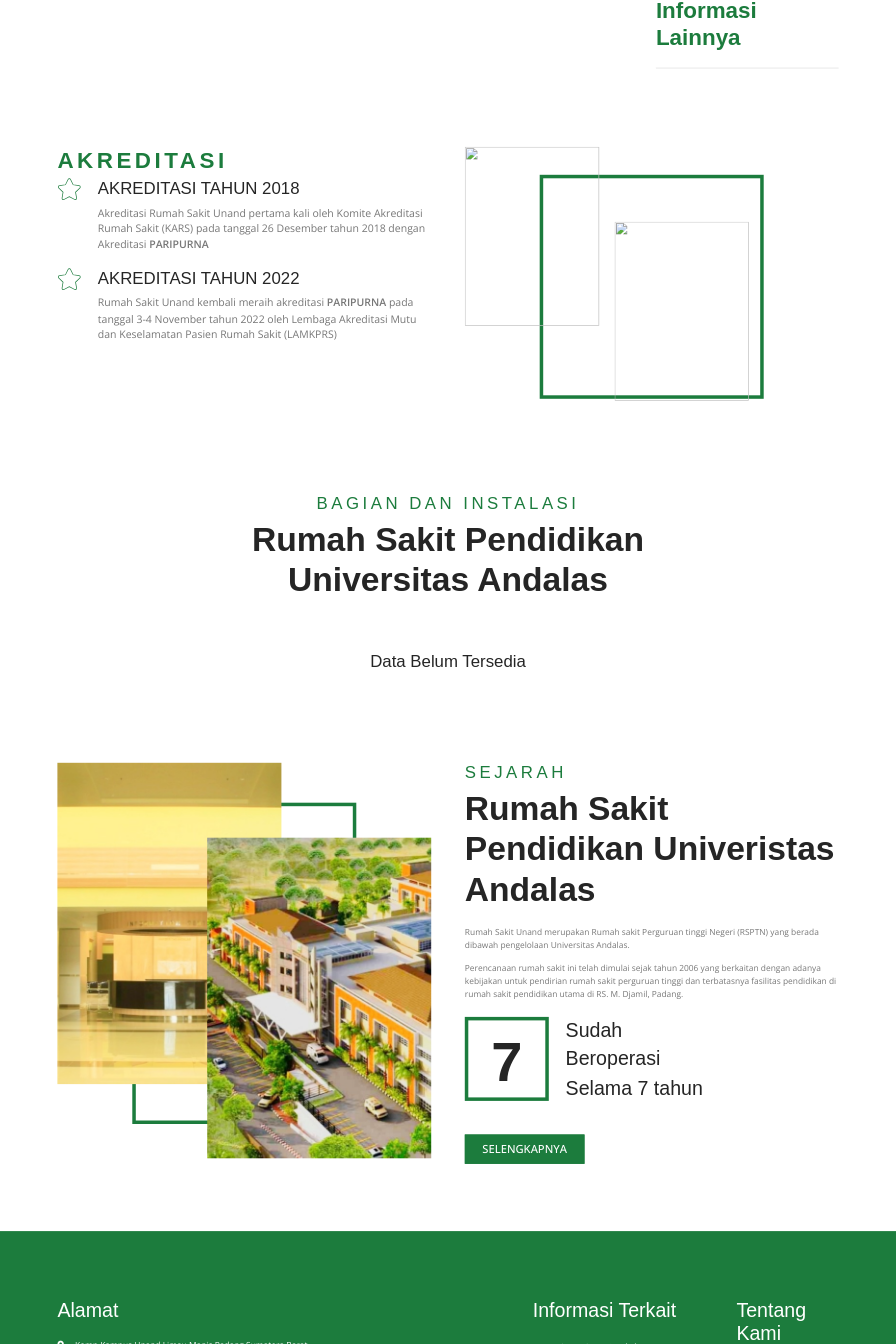
Repository: vivin-erialis/rsunand-site
Page: http://localhost/
The author's editor kept a copy of each file at every save. The page is drawn from the files as they stood at one save, then again after the next save.
The browser window is 1280 px wide. The pictures show the part of the page from y = 864 to 2784 px (the page is 3087 px tall before and 3163 px after), at 70% of full size.
Some web fonts or font styles are not loaded; a fallback is used. Some web libraries are served in a nearby version. The page is served by the project's Laravel application, run on PHP 8.4 with Laravel 12. Other server files are loaded and not shown. Queries for data that is not in the repository find no rows.

Above is the page before, as saved 2024-06-10 09:14:02.
Console error: TypeError: Cannot read properties of undefined (reading 'version')

### resources/views/Frontend/home.blade.php
@extends('Frontend.layouts.main')
@section('title', 'Website Resmi')
@section('content')
    <div class="container-fluid p-0 pb-5 wow fadeIn" data-wow-delay="0.1s">
        <div class="owl-carousel header-carousel position-relative">
            @foreach ($slider as $slider)
                <div class="owl-carousel-item position-relative"
                    data-dot="<img src='{{ asset('../images/slider/' . $slider->img) }}'>">
                    <img class="img-fluid" src="{{ asset('images/slider/' . $slider->img) }}" alt=""
                        style="height: 400px; object-fit: cover;">
                    <div class="owl-carousel-inner home-img">
                        <div class="container">
                            <div class="row justify-content-start">
                                <div class="col-12 col-lg-12 text-center">
                                    <h4 class="display-1 text-white animated slideInDown" style="font-size: vw !important">
                                        {{ $slider->title }}
                                    </h4>
                                    <p class="fs-7 fw-medium text-white mb-4 pb-3" style="font-size: 1vw !important">
                                        {{ $slider->desc }}
                                    </p>
                                    {{-- <a href="{{ $slider->link }}" class="py-3 px-5 btn-home fs-7 mt-3">SELENGKAPNYA</a> --}}
                                </div>
                            </div>
                        </div>
                    </div>
                </div>
            @endforeach

        </div>
    </div>

    <!-- Service Start -->
    <div class="container-xxl py-5">
        <div class="container">
            <div class="text-center mx-auto mb-5 wow fadeInUp" data-wow-delay="0.1s" style="max-width: 600px;">
                <h4 class="section-title">LAYANAN UNGGULAN</h4>
                <h1 class="display-5 mb-4">Rumah Sakit Pendidikan Universitas Andalas</h1>
            </div>
            @if ($layanan->isEmpty())
                <h4 class="mt-5 text-center">Belum Ada Data</h4>
            @endif
            <div class="row g-4">
                @foreach ($layanan as $item)
                    <div class="col-lg-4 col-md-6 wow fadeInUp" data-wow-delay="0.5s">
                        <div class="service-item d-flex position-relative text-center h-100" style="border-radius:10px">
                            @if ($item->gambar)
                                @php
                                    $gambarArray = json_decode($item->gambar);
                                    if ($gambarArray) {
                                        $gambarPertama = reset($gambarArray);
                                    }
                                @endphp

                                @if (!empty($gambarPertama))
                                    <a href="/layanan/{{ $item->url }}">
                                        <img class="bg-img" src="{{ asset('/../images/layanan/' . $gambarPertama) }}">
                                    </a>
                                @endif
                            @endif
                            <div class="service-text p-5">
                                <i class="fa fa-hospital flex-shrink-0 mb-4" style="color: white; font-size: 40px"></i>
                                <h2 class="mb-3" style="color: white">{{ $item->nama_layanan }}</h2>
                                <p class="mb-4" style="font-size: 14px">{{ Str::limit($item->desc, 80, '...') }}.</p>
                                <a class="btn" href="/layanan/{{ $item->url }}"><i
                                        class="fa fa-plus text-primary me-3"></i>Read
                                    More</a>
                            </div>
                        </div>
                    </div>
                @endforeach
            </div>
        </div>
    </div>
    <!-- Service End -->

    {{-- Berita --}}
    <div class="container-xxl py-5">
        <div class="container">
            <div class="text-center mx-auto mb-5 wow fadeInUp" data-wow-delay="0.1s" style="max-width: 600px;">
                <h4 class="section-title">Berita</h4>
                <h1 class="display-5 mb-4">Rumah Sakit Pendidikan Universitas Andalas</h1>
            </div>
            @if ($artikel->isEmpty())
                <h4 class="mt-5 text-center">Belum Ada Artikel</h4>
            @endif
            <div class="row">
                <div class="col-lg-9">
                    <div class="container-berita-home">
                        @foreach ($artikel as $item)
                            <div class="card mb-4">
                                @if ($item->gambar)
                                    @php
                                        $gambarArray = json_decode($item->gambar);
                                        if ($gambarArray) {
                                            $gambarPertama = reset($gambarArray);
                                        }
                                    @endphp

                                    @if (!empty($gambarPertama))
                                        <img loading="lazy" class="card-img-top"
                                            src="{{ asset('/../images/artikel/' . $gambarPertama) }}"
                                            alt="{{ $item->title }}">
                                    @endif
                                @endif
                                <div class="card-body">
                                    <div class="me-2 mb-3" style="color: #1C7C3D">
                                        <span style="font-size: 12px" class="post-author">
                                            {{ $item->kategori->title }} |
                                        </span>
                                        <span style="font-size: 12px" class="post-meta-date">
                                            <i
                                                class="far fa-calendar me-2"></i>{{ Carbon\Carbon::parse($item->created_at)->isoFormat('D MMMM, Y') }}
                                        </span>
                                    </div>
                                    <a href="/berita/{{ $item->url }}">
                                        <h2 class="card-title">{{ $item->title }}</h2>
                                    </a>
                                    <p class="card-text">{{ Str::limit(strip_tags($item->desc), 100, '...') }}</p>
                                    <a href="/berita/{{ $item->url }}" class="card-button">SELENGKAPNYA</a>
                                </div>
                            </div>
                        @endforeach
                    </div>
                </div>
                <div class="col-lg-3">
                    <div>
                        <h2 class="mb-2" style="color: #1C7C3D;">Berita Terbaru</h2>
                        <hr>
                        @foreach ($recentPosts as $new)
                            <div class="row news-block news-block-two-col d-flex mt-4">
                                <div class="col-5 news-block-two-col-image-wrap">
                                    <a href="/blog/{{ $new->url }}">
                                        @if ($item->gambar)
                                            @php
                                                $gambarArray = json_decode($new->gambar);
                                                if ($gambarArray) {
                                                    $gambarPertama = reset($gambarArray);
                                                }
                                            @endphp

                                            @if (!empty($gambarPertama))
                                                <img loading="lazy" class="card-img-top"
                                                    src="{{ asset('/../images/artikel/' . $gambarPertama) }}"
                                                    alt="{{ $new->title }}">
                                            @endif
                                        @endif
                                    </a>
                                </div>

                                <div class="col-7 news-block-two-col-info">
                                    <div class="news-block-date">
                                        <p style="color: #1C7C3D">
                                            <i class="bi-calendar4 custom-icon me-1"></i>
                                            {{ Carbon\carbon::parse($new->tanggal_berita)->isoFormat('D MMMM, Y') }}
                                        </p>
                                    </div>
                                    <div class="news-block-title mb-2">
                                        <a href="/berita/{{ $new->url }}">
                                            <h2 class="card-title">{{ $new->title }}</h2>
                                        </a>
                                    </div>
                                    <div>
                                        <p class="card-text">{{ Str::limit(strip_tags($new->desc), 100, '...') }}</p>
                                    </div>

                                </div>
                            </div>
                        @endforeach
                    </div>

                    <br>
                    <div>
                        <h2 class="mb-4" style="color: #1C7C3D">Informasi Lainnya</h2>
                        <hr>
                        {{-- @foreach ($recentPosts as $new)
                            <div class="row news-block news-block-two-col d-flex mt-4">
                                <div class="col-5 news-block-two-col-image-wrap">
                                    <a href="/blog/{{ $new->url }}">
                                        @if ($item->gambar)
                                            @php
                                                $gambarArray = json_decode($item->gambar);
                                                if ($gambarArray) {
                                                    $gambarPertama = reset($gambarArray);
                                                }
                                            @endphp

                                            @if (!empty($gambarPertama))
                                                <img loading="lazy" class="card-img-top"
                                                    src="{{ asset('/../images/artikel/' . $gambarPertama) }}"
                                                    alt="{{ $item->title }}">
                                            @endif
                                        @endif
                                    </a>
                                </div>

                                <div class="col-7 news-block-two-col-info">
                                    <div class="news-block-date">
                                        <p>
                                            <i class="bi-calendar4 custom-icon me-1"></i>
                                            {{ Carbon\carbon::parse($new->tanggal_berita)->isoFormat('D MMMM, Y') }}
                                        </p>
                                    </div>
                                    <div class="news-block-title mb-2">
                                        <h6 style="font-size: 16px;"><a href="/berita/{{ $new->url }}"
                                                class="news-block-title-link">{{ $new->title }}</a>
                                        </h6>
                                    </div>
                                    <div>
                                        <p class="card-text">{{ Str::limit(strip_tags($item->desc), 100, '...') }}</p>
                                    </div>

                                </div>
                            </div>
                        @endforeach --}}
                    </div>
                </div>
            </div>
        </div>
    </div>


    <!-- Feature Start -->
    <div class="container-xxl py-5">
        <div class="container">
            <div class="row g-5">
                <div class="col-lg-6 wow fadeInUp" data-wow-delay="0.1s">
                    <h2 class="section-title">AKREDITASI</h2>
                    {{-- <h1 class="display-5 mb-4">Why You Should Trust Us? Learn More About Us!</h1> --}}
                    {{-- <p class="mb-4">Tempor erat elitr rebum at clita. Diam dolor diam ipsum sit. Aliqu diam amet diam et eos. Clita erat ipsum et lorem et sit, sed stet lorem sit clita duo justo magna dolore erat amet</p> --}}
                    <div class="row g-4">
                        <div class="col-12">
                            <div class="d-flex align-items-start">
                                <i class="fa fa-star flex-shrink-0 mb-4"
                                    style="color: #1C7C3D; font-size: 30px; background: none; -webkit-text-stroke: 1px #1C7C3D; color: transparent;"></i>
                                </i>
                                <div class="ms-4">
                                    <h4>AKREDITASI TAHUN 2018</h4>
                                    <p class="mb-0" style="font-size: 15px">Akreditasi Rumah Sakit Unand pertama kali
                                        oleh Komite Akreditasi
                                        Rumah Sakit (KARS) pada tanggal 26 Desember tahun 2018 dengan Akreditasi
                                        <strong>PARIPURNA</strong>
                                    </p>
                                </div>
                            </div>
                        </div>
                        <div class="col-12">
                            <div class="d-flex align-items-start">
                                <i class="fa fa-star flex-shrink-0 mb-4"
                                    style="color: #1C7C3D; font-size: 30px; background: none; -webkit-text-stroke: 1px #1C7C3D; color: transparent;"></i>
                                </i>
                                <div class="ms-4">
                                    <h4>AKREDITASI TAHUN 2022</h4>
                                    <p class="mb-0" style="font-size: 15px">Rumah Sakit Unand kembali meraih akreditasi
                                        <strong>PARIPURNA</strong> pada tanggal 3-4 November tahun 2022 oleh Lembaga
                                        Akreditasi Mutu dan Keselamatan Pasien Rumah Sakit (LAMKPRS)
                                    </p>
                                </div>
                            </div>
                        </div>
                    </div>
                </div>
                <div class="col-lg-6 wow fadeInUp" data-wow-delay="0.5s">
                    <div class="feature-img">
                        <img class="img-fluid" src="img/about-2.jpg" alt="">
                        <img class="img-fluid" src="img/about-1.jpg" alt="">
                    </div>
                </div>
            </div>
        </div>
    </div>
    <!-- Feature End -->

    {{-- Bagian dan Instalasi --}}
    <div class="container-xxl py-5">
        <div class="container">
            <div class="text-center mx-auto mb-5 wow fadeInUp" data-wow-delay="0.1s" style="max-width: 600px;">
                <h4 class="section-title">Bagian dan Instalasi</h4>
                <h1 class="display-5 mb-4">Rumah Sakit Pendidikan Universitas Andalas</h1>
            </div>
            <div class="row g-4" style="padding:2vw 4vw">
                @forelse ($bagianInstalasi as $item)
                    <div class="col-lg-4 col-md-4 wow fadeInUp" data-wow-delay="0.1s">
                        <div class="service-item d-flex position-relative text-center h-100">
                            @if ($item->gambar)
                                @php
                                    $gambarArray = json_decode($item->gambar);
                                    if ($gambarArray) {
                                        $gambarPertama = reset($gambarArray);
                                    }
                                @endphp

                                @if (!empty($gambarPertama))
                                    <img loading="lazy" class="bg-img"
                                        src="{{ asset('/../images/artikel/' . $gambarPertama) }}">
                                @endif
                            @endif
                            <div class="service-text p-3 card-dokter" style="width: 100%">
                                @if ($item->gambar)
                                    @php
                                        $gambarArray = json_decode($item->gambar);
                                        if ($gambarArray) {
                                            $gambarPertama = reset($gambarArray);
                                        }
                                    @endphp

                                    @if (!empty($gambarPertama))
                                        <img loading="lazy" class="card-img"
                                            src="{{ asset('/../images/artikel/' . $gambarPertama) }}">
                                    @endif
                                @endif
                                <h6 class="mb-2 mt-3">{{ $item->title }}</h6>
                                <p class="mb-2">{!! $item->desc !!}</p>
                                <a style="font-size: 11px !important" class="btn"
                                    href="/bagian-instalasi/{{ $item->url }}"><i
                                        class="fa fa-plus text-primary me-4"></i>
                                    SELENGKAPNYA</a>
                            </div>
                        </div>
                    </div>
                @empty
                    <h4 class="text-center">Data Belum Tersedia</h4>
                @endforelse
            </div>
            <div style="text-align: center;">
                @if (!$bagianInstalasi->isEmpty())
                    <a class="btn btn-primary mt-4 py-2 px-4" href="/bagian-instalasi">LIHAT LEBIH BANYAK</a>
                @endif
            </div>

        </div>
    </div>

    {{-- About --}}
    <div class="container-xxl py-5">
        <div class="container">
            <div class="row g-5">
                <div class="col-lg-6 wow fadeIn" data-wow-delay="0.1s">
                    <div class="about-img">
                        <img class="img-fluid" src="/../assets/img/about-2.jpeg" alt="">
                        <img class="img-fluid" src="/../assets/img/about-1.jpeg" alt="">
                    </div>
                </div>
                <div class="col-lg-6 wow fadeIn" data-wow-delay="0.5s">
                    <h4 class="section-title">Sejarah</h4>
                    <h1 class="display-5 mb-4">Rumah Sakit Pendidikan Univeristas Andalas</h1>
                    <p>Rumah Sakit Unand merupakan Rumah sakit Perguruan tinggi Negeri (RSPTN) yang berada dibawah
                        pengelolaan Universitas Andalas.</p>
                    <p class="mb-4">Perencanaan rumah sakit ini telah dimulai sejak tahun 2006 yang berkaitan dengan
                        adanya kebijakan untuk pendirian rumah sakit perguruan tinggi dan terbatasnya fasilitas pendidikan
                        di rumah sakit pendidikan utama di RS. M. Djamil, Padang.</p>
                    <div class="d-flex align-items-center mb-5">
                        <div class="d-flex flex-shrink-0 align-items-center justify-content-center border border-5 border-primary"
                            style="width: 120px; height: 120px;">
                            <h1 class="display-1 mb-n2" data-toggle="counter-up">7</h1>
                        </div>
                        <div class="ps-4">
                            <h3>Sudah</h3>
                            <h3>Beroperasi</h3>
                            <h3 class="mb-0">Selama 7 tahun</h3>
                        </div>
                    </div>
                    <a class="btn btn-primary py-2 px-4" href="/tentang-kami">SELENGKAPNYA</a>
                </div>
            </div>
        </div>
    </div>




@endsection

Loaded but not shown: app/Http/Controllers/Controller.php (common file); app/Models/Slider.php (common file); public/assets/lib/animate/animate.min.css (library); public/assets/lib/owlcarousel/assets/owl.carousel.min.css (common file); public/assets/lib/tempusdominus/css/tempusdominus-bootstrap-4.min.css (library); public/assets/css/bootstrap.min.css (library); public/assets/lib/wow/wow.min.js (library); public/assets/lib/easing/easing.min.js (common file); public/assets/lib/waypoints/waypoints.min.js (library); public/assets/lib/counterup/counterup.min.js (common file); public/assets/lib/owlcarousel/owl.carousel.min.js (library); public/assets/lib/tempusdominus/js/moment-timezone.min.js (library); public/assets/lib/tempusdominus/js/tempusdominus-bootstrap-4.min.js (library); public/assets/js/main.js (83 lines, source omitted); resources/views/Frontend/layouts/main.blade.php (468 lines, source omitted); public/assets/css/style.css (747 lines, source omitted); resources/views/Frontend/layouts/footer.blade.php (47 lines, source omitted); resources/views/Frontend/layouts/navbar.blade.php (39 lines, source omitted); app/Http/Controllers/HomeController.php (92 lines, source omitted); resources/views/Frontend/layouts/topbar.blade.php (27 lines, source omitted); resources/views/Frontend/page-not-found.blade.php (20 lines, source omitted); app/Models/Artikel.php (18 lines, source omitted); app/Models/KategoriArtikel.php (16 lines, source omitted); routes/web.php (101 lines, source omitted)

After the next save:
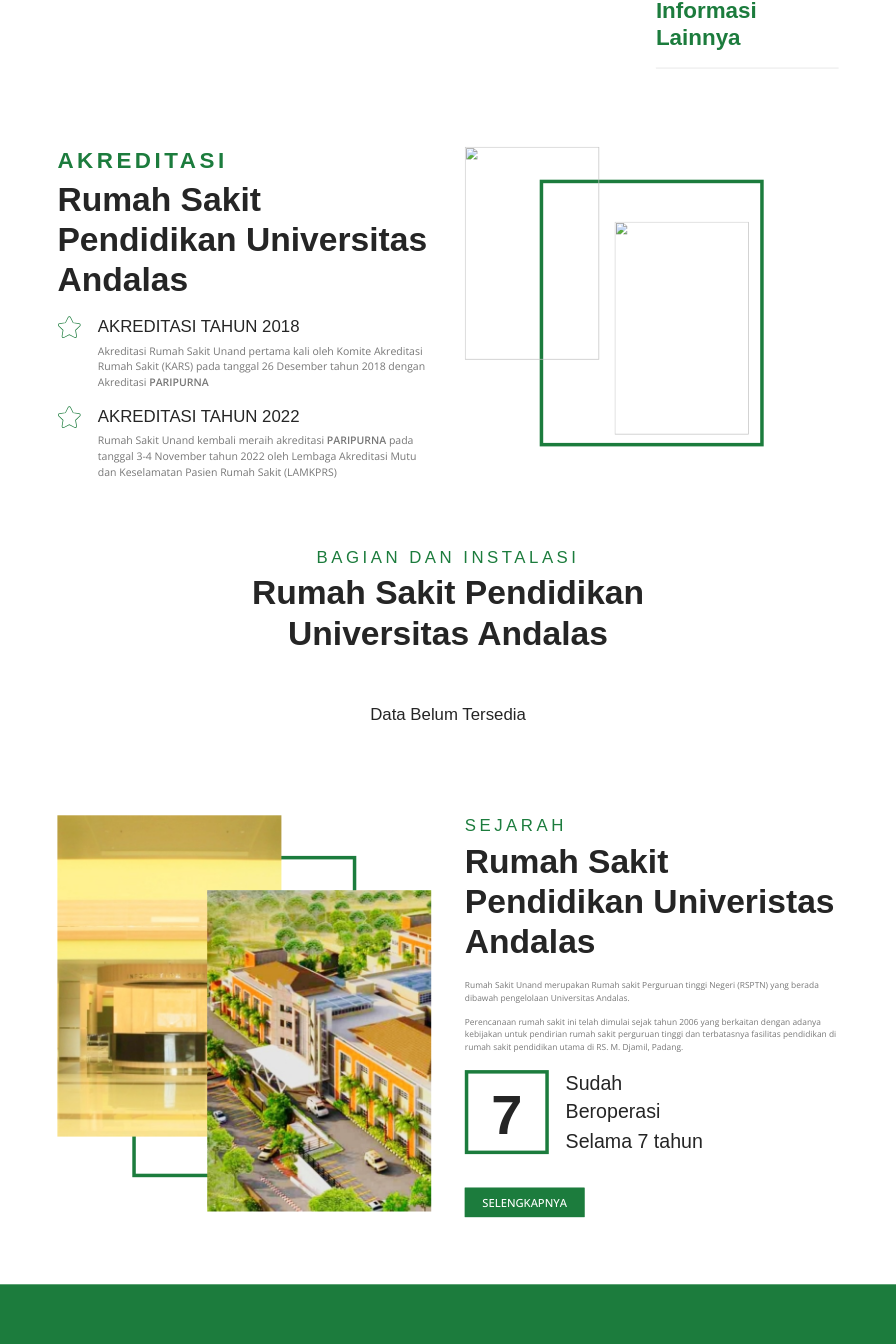
Saved 24 s later.
--- a/resources/views/Frontend/home.blade.php
+++ b/resources/views/Frontend/home.blade.php
@@ -225,7 +225,7 @@
             <div class="row g-5">
                 <div class="col-lg-6 wow fadeInUp" data-wow-delay="0.1s">
                     <h2 class="section-title">AKREDITASI</h2>
-                    {{-- <h1 class="display-5 mb-4">Why You Should Trust Us? Learn More About Us!</h1> --}}
+                    <h1 class="display-5 mb-4">Rumah Sakit Pendidikan Universitas Andalas</h1>
                     {{-- <p class="mb-4">Tempor erat elitr rebum at clita. Diam dolor diam ipsum sit. Aliqu diam amet diam et eos. Clita erat ipsum et lorem et sit, sed stet lorem sit clita duo justo magna dolore erat amet</p> --}}
                     <div class="row g-4">
                         <div class="col-12">
